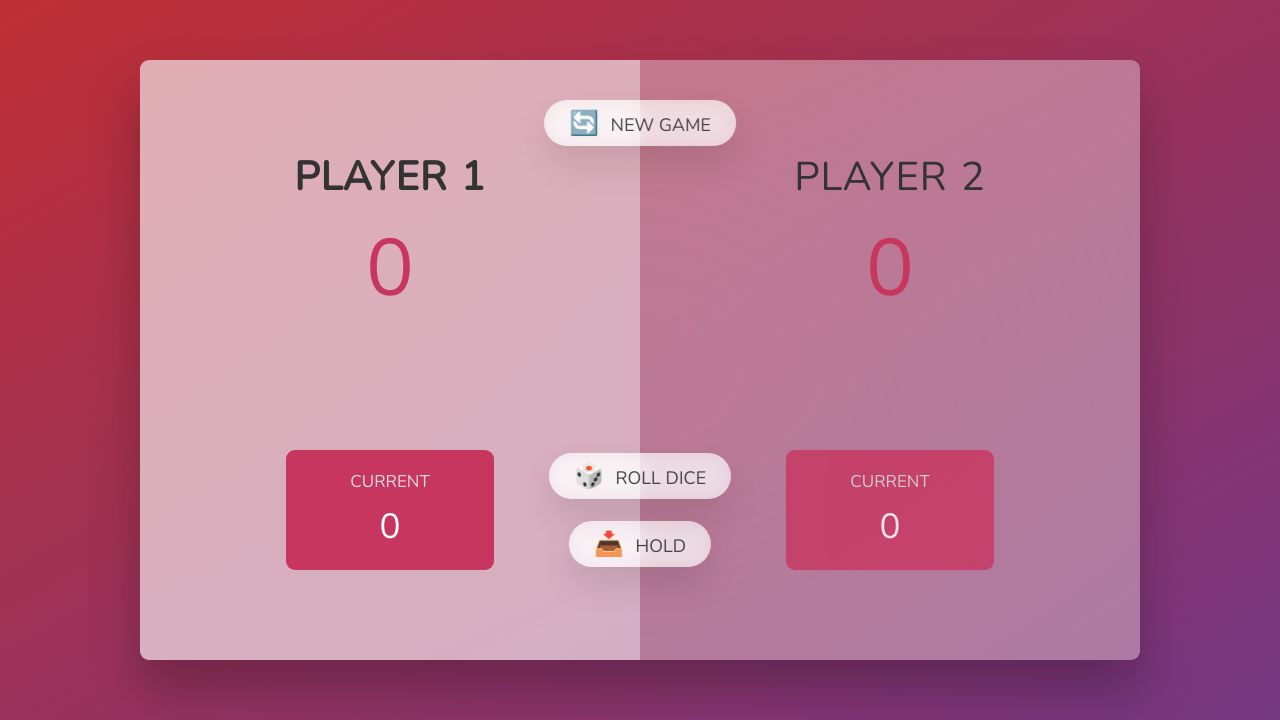
Repository: AbanoubSamyTawfek2002/pig-game
Page: index.html
These files come from the project's save history. The page is drawn as it stood at one moment and after the next save; the edit follows.
The browser window is 1280 px wide. The pictures show the whole page.

Above is the page before, as saved 2025-09-28 18:43:56.

After the next save:
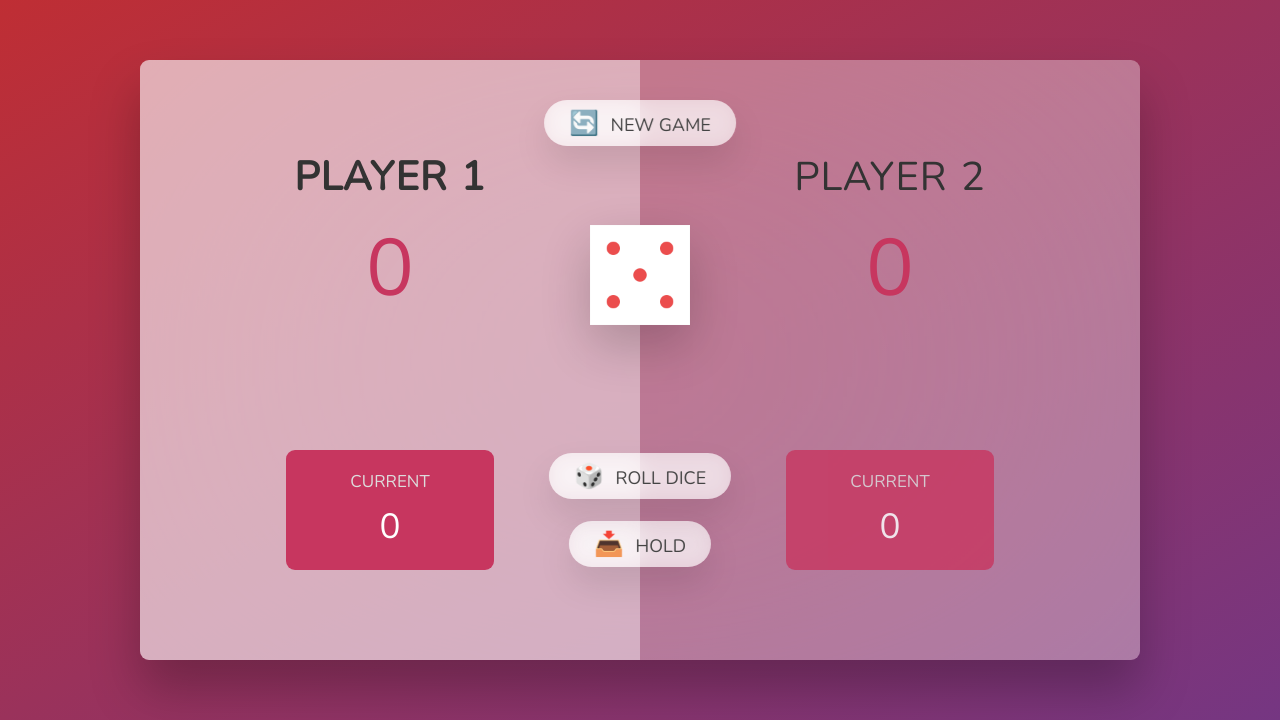
Saved 5 h 27 min later.
--- a/script.js
+++ b/script.js
@@ -13,7 +13,6 @@
 let currentscore0 = 0;
 score0El.textContent = 0;
 score1El.textContent = 0;
-diceEl.classList.add('hidden');
 
 btnRoll.addEventListener('click', () => {
   const random = Math.trunc(Math.random() * 6 + 1);
@@ -24,10 +23,5 @@
     currentscore0 += random;
     current0.textContent = currentscore0;
   } else {
-    currentscore0 = 0;
-    playerActive0.classList.remove('player--active');
-    playerActive1.classList.add('player--active');
-    currentscore0 += random;
-    current1.textContent = currentscore0;
   }
 });

After the save that followed:
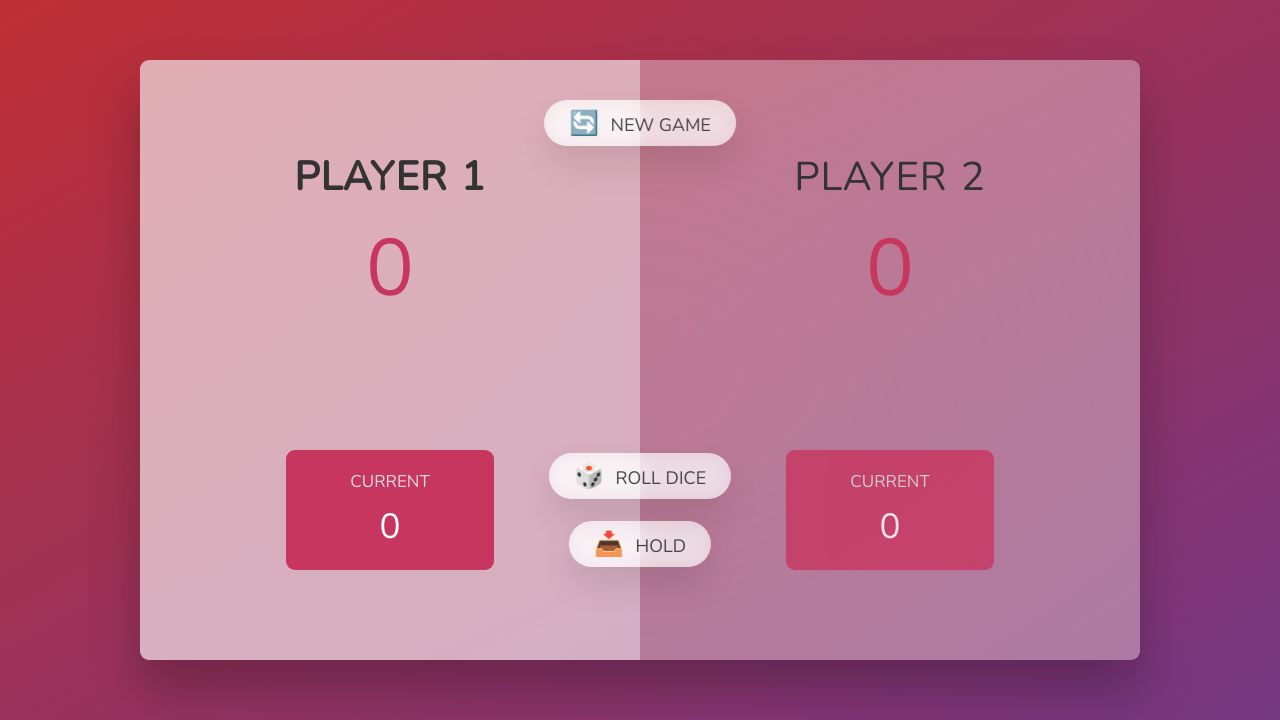
Saved 4 s later.
--- a/script.js
+++ b/script.js
@@ -13,6 +13,7 @@
 let currentscore0 = 0;
 score0El.textContent = 0;
 score1El.textContent = 0;
+diceEl.classList.add('hidden');
 
 btnRoll.addEventListener('click', () => {
   const random = Math.trunc(Math.random() * 6 + 1);
